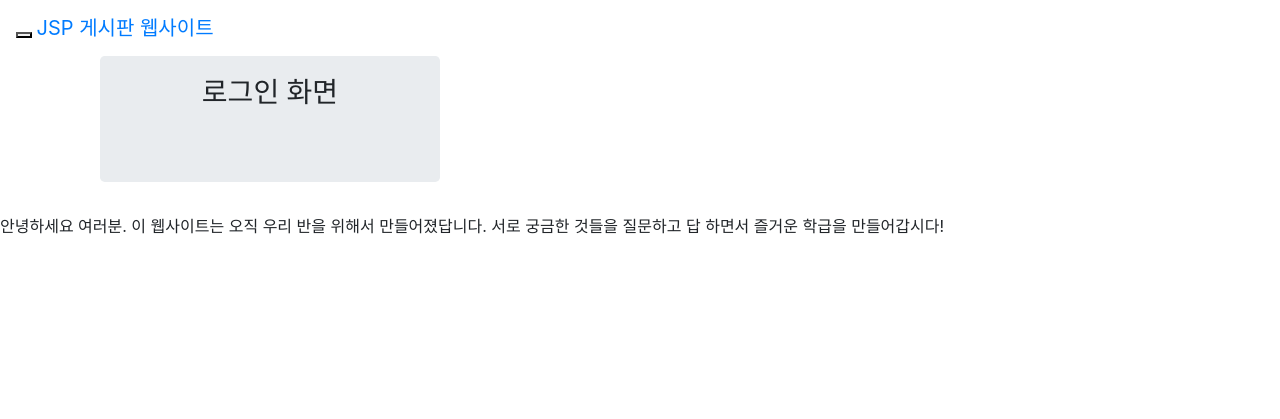
Repository: Munro-L/I-spy-oT__cuHacking-2019
Page: http://localhost/BBS/login.jsp
These files come from the project's save history. The page is drawn as it stood at one moment and after the next save; the edit follows.
The browser window is 1280 px wide. The pictures show the whole page.
The page is served by Tomcat 9.

Above is the page before, as saved 2019-02-01 06:33:19.

After the next save:
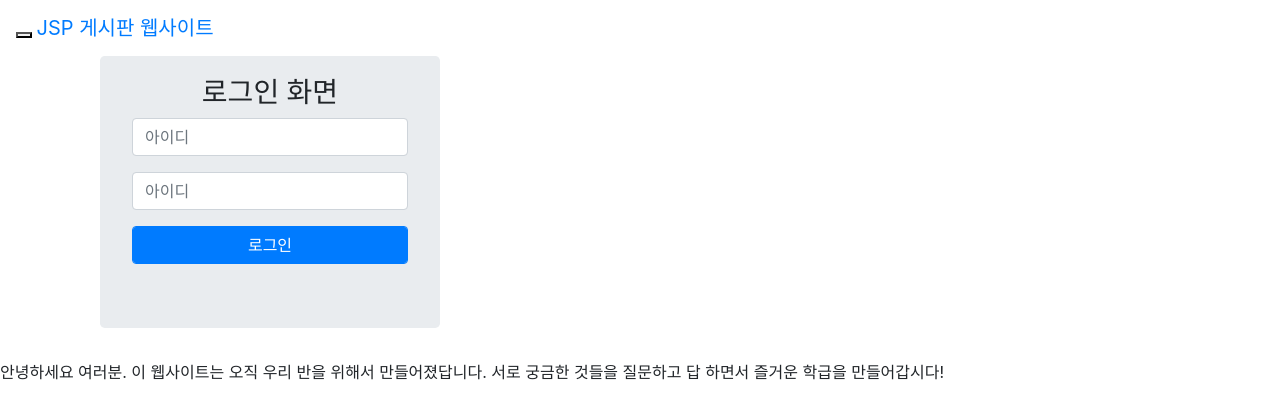
Saved 112 s later.
--- a/BBS-master/projects/BBS/WebContent/login.jsp
+++ b/BBS-master/projects/BBS/WebContent/login.jsp
@@ -28,6 +28,13 @@
 			<div class="jumbotron" style="padding-top: 20px;">
 				<form method="post" action="loginAction.jsp">
 					<h3 style="text-align:center;">로그인 화면</h3>
+					<div class="form-group">
+						<input type="text" class="form-control" placeholder="아이디" name="userID" maxlength="20">
+					</div>
+					<div class="form-group">
+						<input type="text" class="form-control" placeholder="아이디" name="userPassword" maxlength="20">
+					</div>
+					<input type="submit" class="btn btn-primary form-control" value="로그인">
 				</form>
 
 			</div>
